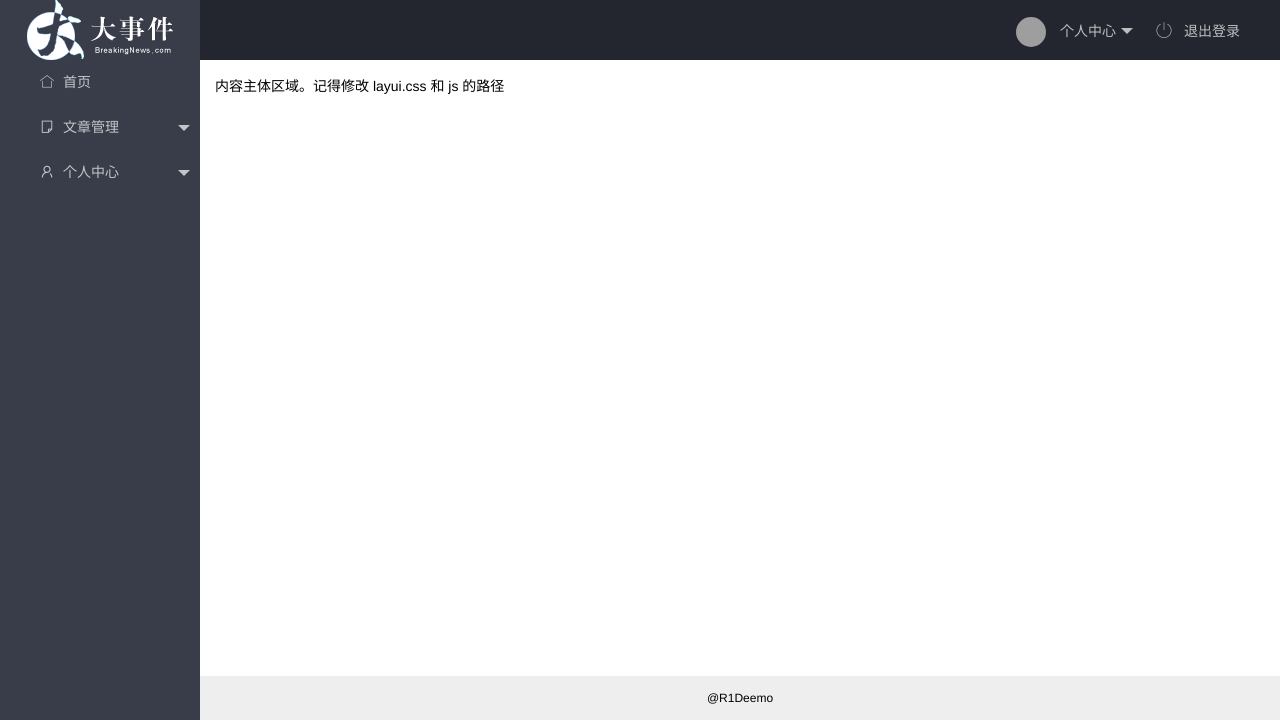
Repository: R1Deemo/Main-project
Page: index.html
These files come from the project's save history. The page is drawn as it stood at one moment and after the next save; the edit follows.
The browser window is 1280 px wide. The pictures show the whole page.
Pictures or frames that could not be fetched are drawn as grey boxes.

Above is the page before, as saved 2022-10-30 17:50:17.

### index.html
<!DOCTYPE html>
<html>

<head>
    <meta charset="utf-8">
    <meta name="viewport" content="width=device-width, initial-scale=1, maximum-scale=1">
    <title>layout 管理系统大布局 - Layui</title>
    <link rel="stylesheet" href="/assets/lib/layui/css/layui.css">
    <link rel="stylesheet" href="/assets/css/index.css">
    <link rel="stylesheet" href="/assets/fonts/iconfont.css">
</head>

<body>
    <div class="layui-layout layui-layout-admin">
        <div class="layui-header">
            <div class="layui-logo layui-hide-xs layui-bg-black" id="logo"></div>
            <!-- 头部区域（可配合layui 已有的水平导航） -->
            <ul class="layui-nav layui-layout-left">
                <!-- 移动端显示 -->
                <li class="layui-nav-item layui-show-xs-inline-block layui-hide-sm" lay-header-event="menuLeft">
                    <i class="layui-icon layui-icon-spread-left"></i>
                </li>


                <li class="layui-nav-item">

                    <dl class="layui-nav-child">
                        <dd><a href="">menu 11</a></dd>
                        <dd><a href="">menu 22</a></dd>
                        <dd><a href="">menu 33</a></dd>
                    </dl>
                </li>
            </ul>
            <ul class="layui-nav layui-layout-right">
                <li class="layui-nav-item layui-hide layui-show-md-inline-block">
                    <a href="javascript:;">
                        <img src="//tva1.sinaimg.cn/crop.0.0.118.118.180/5db11ff4gw1e77d3nqrv8j203b03cweg.jpg" class="layui-nav-img"> 个人中心
                    </a>
                    <dl class="layui-nav-child">
                        <dd><a href="">基本资料</a></dd>
                        <dd><a href="">更换头像</a></dd>
                        <dd><a href="">重置密码</a></dd>
                    </dl>
                </li>
                <li class="layui-nav-item" lay-header-event="menuRight" lay-unselect>
                    <a href="javascript:;">
                        <span class="iconfont icon-tuichu"></span> 退出登录</i>
                    </a>
                </li>
            </ul>
        </div>

        <div class="layui-side layui-bg-black">
            <div class="layui-side-scroll">
                <!-- 左侧导航区域（可配合layui已有的垂直导航） -->
                <ul class="layui-nav layui-nav-tree" lay-shrink="all">
                    <li class="layui-nav-item"> <a href="javascript:;"><i class="layui-icon layui-icon-home"></i> 首页</a></li>
                    <li class="layui-nav-item">
                        <a class="" href="javascript:;"> <i class="layui-icon layui-icon-file-b"></i> 文章管理</a>
                        <dl class="layui-nav-child">
                            <dd><a href="javascript:;"><i class="layui-icon layui-icon-release"></i> 文章类别</a></dd>
                            <dd><a href="javascript:;"><i class="layui-icon layui-icon-release"></i> 文章列表</a></dd>
                            <dd><a href="javascript:;"><i class="layui-icon layui-icon-release"></i> 发表文章</a></dd>
                            <!-- <dd><a href="">the links</a></dd> -->
                        </dl>
                    </li>
                    <li class="layui-nav-item">
                        <a href="javascript:;"><i class="layui-icon layui-icon-username"></i> 个人中心</a>
                        <dl class="layui-nav-child">
                            <dd><a href="javascript:;"><i class="layui-icon layui-icon-app"></i> 基本资料</a></dd>
                            <dd><a href="javascript:;"><i class="layui-icon layui-icon-app"></i> 更换头像</a></dd>
                            <dd><a href="javascript:;"><i class="layui-icon layui-icon-app"></i> 重置密码</a></dd>
                        </dl>
                    </li>

                    <!-- <li class="layui-nav-item"><a href="">the links</a></li> -->
                </ul>
            </div>
        </div>

        <div class="layui-body">
            <!-- 内容主体区域 -->
            <div style="padding: 15px;">内容主体区域。记得修改 layui.css 和 js 的路径</div>
        </div>

        <div class="layui-footer">
            <!-- 底部固定区域 -->
            @R1Deemo
        </div>
    </div>
    <script src="/assets/lib/layui/layui.all.js"></script>

</body>

</html>

### assets/css/index.css
#logo {
    background: url(/assets/images/logo.png) no-repeat center;
}

.layui-footer {
    text-align: center;
    font-size: 12px;
}

.layui-icon {
    margin-left: 20px;
    margin-right: 5px;
}

.iconfont {
    margin-right: 8px;
}

Loaded but not shown: assets/lib/layui/css/layui.css (library); assets/fonts/iconfont.css (common file); assets/lib/layui/layui.all.js (library); assets/lib/layui/css/modules/laydate/default/laydate.css (library); assets/lib/layui/css/modules/layer/default/layer.css (library); assets/lib/layui/css/modules/code.css (common file)

After the next save:
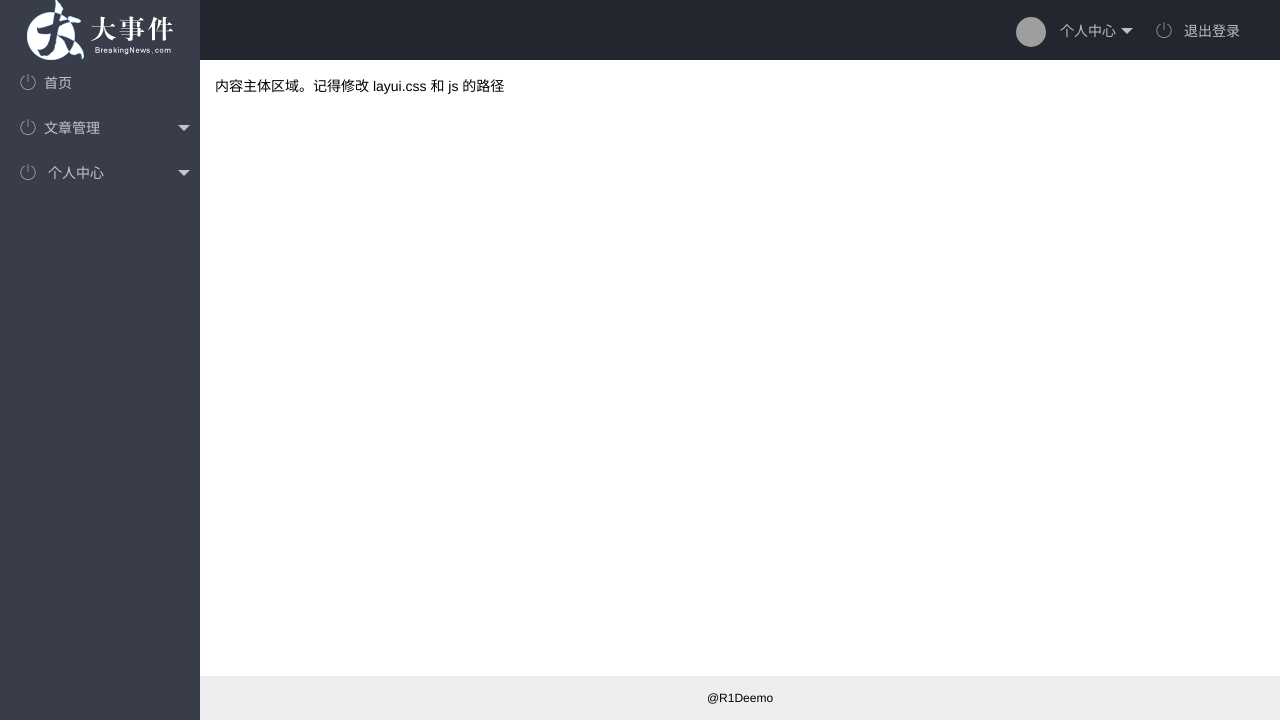
Saved 24 s later.
--- a/index.html
+++ b/index.html
@@ -54,9 +54,9 @@
             <div class="layui-side-scroll">
                 <!-- 左侧导航区域（可配合layui已有的垂直导航） -->
                 <ul class="layui-nav layui-nav-tree" lay-shrink="all">
-                    <li class="layui-nav-item"> <a href="javascript:;"><i class="layui-icon layui-icon-home"></i> 首页</a></li>
+                    <li class="layui-nav-item"> <a href="javascript:;"><span class="iconfont icon-tuichu"></span>首页</a></li>
                     <li class="layui-nav-item">
-                        <a class="" href="javascript:;"> <i class="layui-icon layui-icon-file-b"></i> 文章管理</a>
+                        <a class="" href="javascript:;"> <span class="iconfont icon-tuichu"></span>文章管理</a>
                         <dl class="layui-nav-child">
                             <dd><a href="javascript:;"><i class="layui-icon layui-icon-release"></i> 文章类别</a></dd>
                             <dd><a href="javascript:;"><i class="layui-icon layui-icon-release"></i> 文章列表</a></dd>
@@ -65,7 +65,7 @@
                         </dl>
                     </li>
                     <li class="layui-nav-item">
-                        <a href="javascript:;"><i class="layui-icon layui-icon-username"></i> 个人中心</a>
+                        <a href="javascript:;"><span class="iconfont icon-tuichu"></span> 个人中心</a>
                         <dl class="layui-nav-child">
                             <dd><a href="javascript:;"><i class="layui-icon layui-icon-app"></i> 基本资料</a></dd>
                             <dd><a href="javascript:;"><i class="layui-icon layui-icon-app"></i> 更换头像</a></dd>
